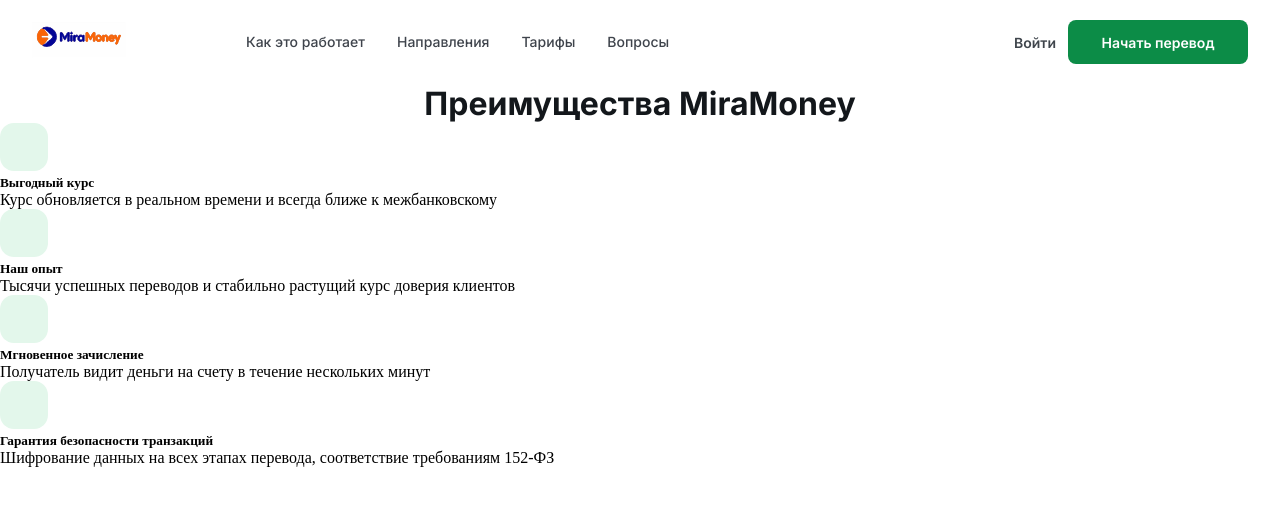
Repository: Shaiyr1/mira-money
Page: index.html
These files come from the project's save history. The page is drawn as it stood at one moment and after a run of saves; the edit follows.
The browser window is 1280 px wide. The pictures show the whole page.

Above is the page before, as saved 2026-10-20 16:25:58.

After the next 2 saves:
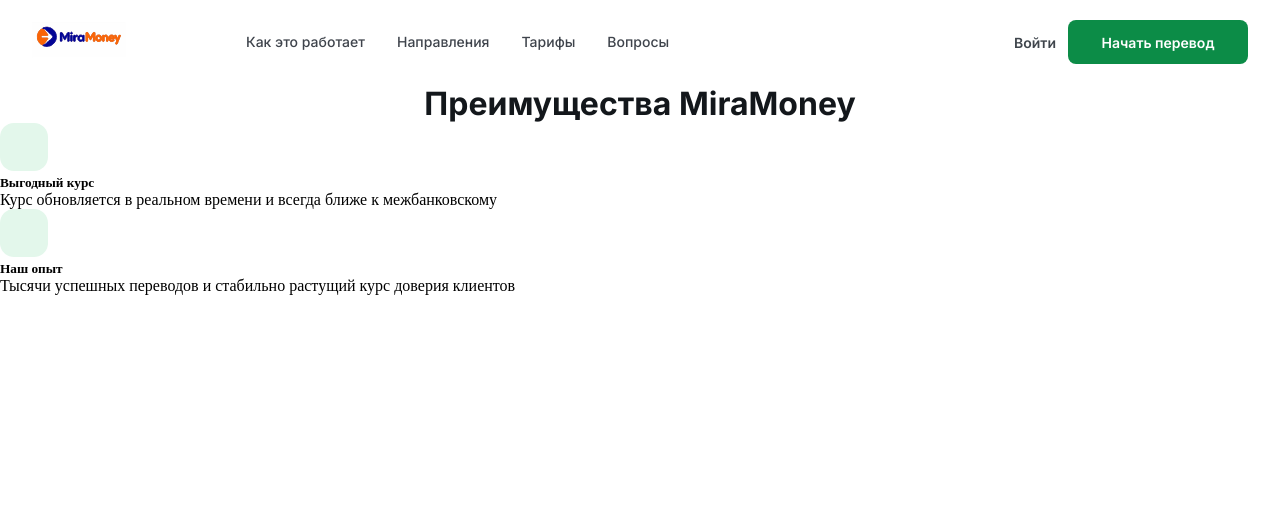
The 2 saves are shown as one change because they came seconds apart.
The last was saved 117 s later.
--- a/index.html
+++ b/index.html
@@ -55,16 +55,6 @@
                         <h5 class="advantages-block__title">Наш опыт</h5>
                         <p class="advantages-block__subtitle">Тысячи успешных переводов и стабильно растущий курс доверия клиентов</p>
                     </div>
-                    <div class="advantages-block">
-                        <img class="advantages-block__icon" src="./src/img/icon.svg" alt="icon">
-                        <h5 class="advantages-block__title">Мгновенное зачисление</h5>
-                        <p class="advantages-block__subtitle">Получатель видит деньги на счету в течение нескольких минут</p>
-                    </div>
-                    <div class="advantages-block">
-                        <img class="advantages-block__icon" src="./src/img/icon.svg" alt="icon">
-                        <h5 class="advantages-block__title">Гарантия безопасности транзакций</h5>
-                        <p class="advantages-block__subtitle">Шифрование данных на всех этапах перевода, соответствие требованиям 152-ФЗ</p>
-                    </div>
                 </div>
             </div>
         </section>

After the 2 saves that followed:
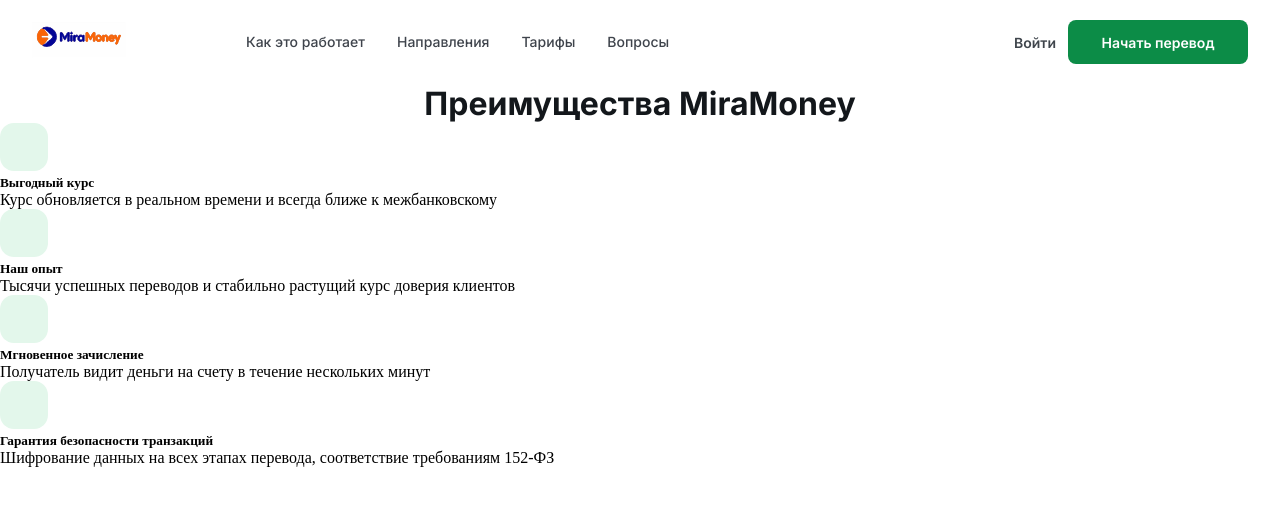
The 2 saves are shown as one change because they came seconds apart.
The last was saved 13 s later.
--- a/index.html
+++ b/index.html
@@ -56,6 +56,18 @@
                         <p class="advantages-block__subtitle">Тысячи успешных переводов и стабильно растущий курс доверия клиентов</p>
                     </div>
                 </div>
+                <div class="">
+                    <div class="advantages-block">
+                        <img class="advantages-block__icon" src="./src/img/icon.svg" alt="icon">
+                        <h5 class="advantages-block__title">Мгновенное зачисление</h5>
+                        <p class="advantages-block__subtitle">Получатель видит деньги на счету в течение нескольких минут</p>
+                    </div>
+                    <div class="advantages-block">
+                        <img class="advantages-block__icon" src="./src/img/icon.svg" alt="icon">
+                        <h5 class="advantages-block__title">Гарантия безопасности транзакций</h5>
+                        <p class="advantages-block__subtitle">Шифрование данных на всех этапах перевода, соответствие требованиям 152-ФЗ</p>
+                    </div>
+                </div>
             </div>
         </section>
     </main>
